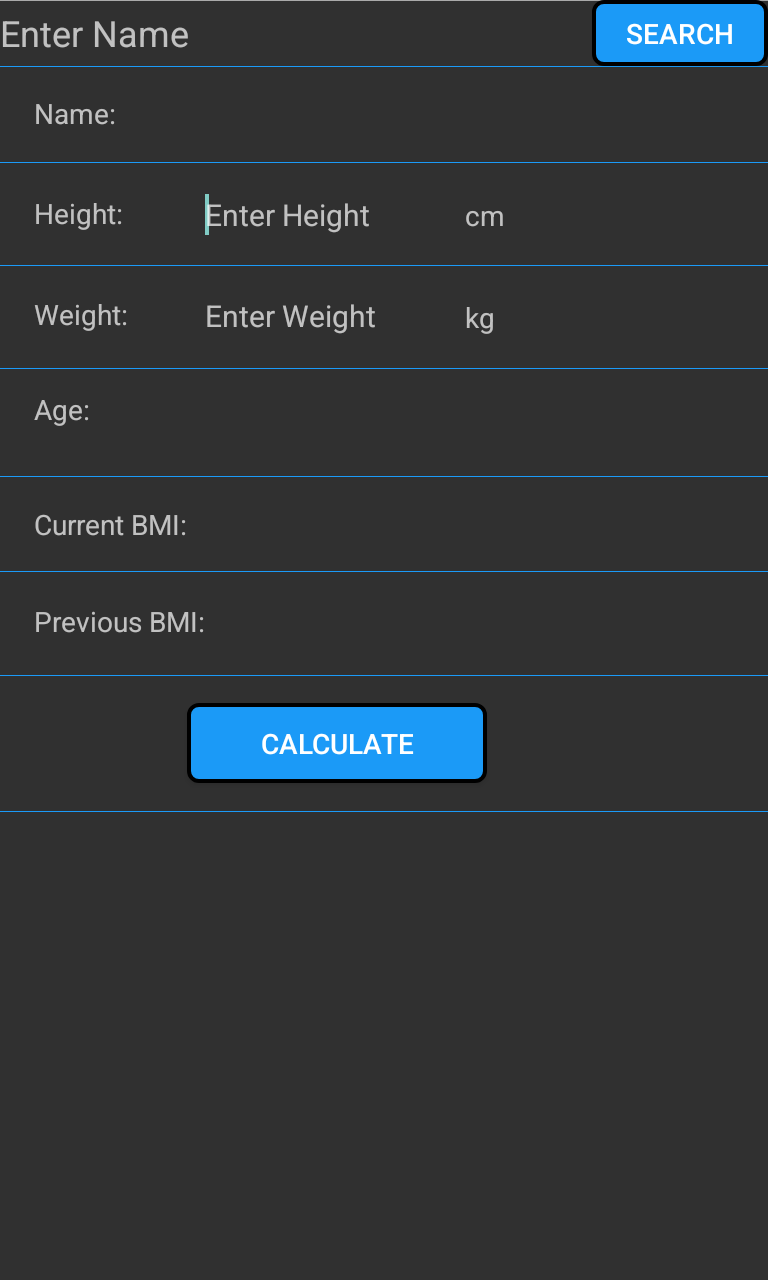
Repository: Team-7/prototype.6
Layout: workspace/Hope World Wide/res/layout/bmi.xml
An editor plug-in stored every save of this project. The layout is shown before and after the next save, followed by the edit.
It is drawn on a 768 x 1280 px phone screen (xhdpi) without system bars, with theme AppTheme; the app's code is not run.

Above is the layout before, as saved 2014-05-31 12:08:12.

### workspace/Hope World Wide/res/layout/bmi.xml
<?xml version="1.0" encoding="utf-8"?>
<RelativeLayout xmlns:android="http://schemas.android.com/apk/res/android"
    xmlns:tools="http://schemas.android.com/tools"
    android:id="@+id/container"
    android:layout_width="match_parent"
    android:layout_height="wrap_content"
    android:focusable="true"
    tools:context="com.example.hwwv2.MainActivity"
    tools:ignore="MergeRootFrame" >

    <AutoCompleteTextView
        android:id="@+id/auto_names"
        android:layout_width="match_parent"
        android:layout_height="33dp"
        android:layout_alignParentLeft="true"
        android:layout_alignParentTop="true"
        android:layout_toLeftOf="@+id/button2"
        android:background="@null"
        android:ems="10"
        android:hint="@string/search"
        android:inputType="text" />

    <View
        android:id="@+id/view1"
        android:layout_width="fill_parent"
        android:layout_height="0.2dp"
        android:layout_alignParentLeft="true"
        android:layout_below="@+id/auto_names"
        android:background="#1B9AF7"
        android:paddingBottom="3dp" />

    <TextView
        android:id="@+id/Name"
        android:layout_width="wrap_content"
        android:layout_height="wrap_content"
        android:layout_alignParentLeft="true"
        android:layout_below="@+id/auto_names"
        android:layout_marginLeft="17dp"
        android:layout_marginTop="14dp"
        android:text="@string/name" />

    <View
        android:id="@+id/View01"
        android:layout_width="fill_parent"
        android:layout_height="0.2dp"
        android:layout_alignParentLeft="true"
        android:layout_below="@+id/Name"
        android:layout_marginTop="15dp"
        android:background="#1B9AF7"
        android:paddingBottom="3dp" />

    <TextView
        android:id="@+id/textView1"
        android:layout_width="wrap_content"
        android:layout_height="wrap_content"
        android:layout_alignLeft="@+id/Name"
        android:layout_below="@+id/Name"
        android:layout_marginTop="31dp"
        android:text="@string/height" />

    <View
        android:id="@+id/View02"
        android:layout_width="fill_parent"
        android:layout_height="0.2dp"
        android:layout_alignParentLeft="true"
        android:layout_below="@+id/heightvalue"
        android:layout_marginTop="15dp"
        android:background="#1B9AF7"
        android:paddingBottom="3dp" />

    <TextView
        android:id="@+id/weight"
        android:layout_width="wrap_content"
        android:layout_height="wrap_content"
        android:layout_alignLeft="@+id/textView1"
        android:layout_below="@+id/heightvalue"
        android:layout_marginTop="30dp"
        android:text="@string/weight" />

    <View
        android:id="@+id/View03"
        android:layout_width="fill_parent"
        android:layout_height="0.2dp"
        android:layout_alignParentLeft="true"
        android:layout_below="@+id/editText2"
        android:layout_marginTop="16dp"
        android:background="#1B9AF7"
        android:paddingBottom="3dp" />

    <View
        android:id="@+id/View05"
        android:layout_width="fill_parent"
        android:layout_height="0.2dp"
        android:layout_alignParentLeft="true"
        android:layout_below="@+id/View05"
        android:background="@android:color/darker_gray"
        android:paddingBottom="3dp" />

    <TextView
        android:id="@+id/textView3"
        android:layout_width="wrap_content"
        android:layout_height="wrap_content"
        android:layout_alignBaseline="@+id/heightvalue"
        android:layout_alignBottom="@+id/heightvalue"
        android:layout_alignRight="@+id/heightvalue"
        android:text="@string/cm" />

    <TextView
        android:id="@+id/textView4"
        android:layout_width="wrap_content"
        android:layout_height="wrap_content"
        android:layout_alignBottom="@+id/editText2"
        android:layout_alignLeft="@+id/textView3"
        android:text="@string/kg" />

    <TextView
        android:id="@+id/age"
        android:layout_width="wrap_content"
        android:layout_height="wrap_content"
        android:layout_alignLeft="@+id/weight"
        android:layout_below="@+id/editText2"
        android:layout_marginTop="27dp"
        android:text="@string/age" />

    <Button
        android:id="@+id/button2"
        android:layout_width="wrap_content"
        android:layout_height="wrap_content"
        android:layout_alignBottom="@+id/auto_names"
        android:layout_alignParentRight="true"
        android:layout_alignParentTop="true"
        android:background="@drawable/calculate"
        android:text="@string/mySearch"
        android:textColor="#ffffff" />

    <TextView
        android:id="@+id/textView5"
        android:layout_width="match_parent"
        android:layout_height="wrap_content"
        android:layout_above="@+id/textView1"
        android:layout_alignLeft="@+id/heightvalue"
        android:textSize="15sp" />

    <EditText
        android:id="@+id/editText2"
        android:layout_width="150dp"
        android:layout_height="wrap_content"
        android:layout_alignTop="@+id/weight"
        android:layout_toRightOf="@+id/bmi"
        android:background="@null"
        android:ems="10"
        android:hint="@string/weightHint"
        android:inputType="numberDecimal"
        android:maxLength="4"
        android:textSize="15sp" />

    <View
        android:id="@+id/View06"
        android:layout_width="fill_parent"
        android:layout_height="0.2dp"
        android:layout_alignParentLeft="true"
        android:layout_below="@+id/textView2"
        android:layout_marginTop="14dp"
        android:background="#1B9AF7"
        android:paddingBottom="3dp" />

    <TextView
        android:id="@+id/textView9"
        android:layout_width="100dp"
        android:layout_height="wrap_content"
        android:layout_alignLeft="@+id/textView6"
        android:layout_alignTop="@+id/textView2"
        android:textSize="15sp" />

    <View
        android:id="@+id/View07"
        android:layout_width="fill_parent"
        android:layout_height="0.2dp"
        android:layout_alignParentLeft="true"
        android:layout_below="@+id/textView7"
        android:layout_marginTop="16dp"
        android:background="#1B9AF7"
        android:paddingBottom="3dp" />

    <Button
        android:id="@+id/button1"
        android:layout_width="150dp"
        android:layout_height="40dp"
        android:layout_below="@+id/textView7"
        android:layout_marginTop="30dp"
        android:layout_toRightOf="@+id/textView2"
        android:background="@drawable/calculate"
        android:text="@string/calculate"
        android:textColor="#ffffff" />

    <View
        android:id="@+id/View08"
        android:layout_width="fill_parent"
        android:layout_height="0.2dp"
        android:layout_alignParentLeft="true"
        android:layout_below="@+id/button1"
        android:layout_marginTop="14dp"
        android:background="#1B9AF7"
        android:paddingBottom="3dp" />

    <TextView
        android:id="@+id/textView10"
        android:layout_width="300dp"
        android:layout_height="wrap_content"
        android:layout_alignLeft="@+id/textView8"
        android:layout_below="@+id/button1"
        android:layout_marginTop="20dp"
        android:gravity="center"
        android:textSize="15sp" />

    <TextView
        android:id="@+id/textView8"
        android:layout_width="300dp"
        android:layout_height="wrap_content"
        android:layout_below="@+id/textView10"
        android:layout_centerHorizontal="true"
        android:gravity="center"
        android:textSize="15sp" />

    <TextView
        android:id="@+id/textView2"
        android:layout_width="wrap_content"
        android:layout_height="wrap_content"
        android:layout_alignLeft="@+id/age"
        android:layout_below="@+id/textView6"
        android:layout_marginTop="37dp"
        android:text="@string/currentBMI" />

    <TextView
        android:id="@+id/bmi"
        android:layout_width="wrap_content"
        android:layout_height="wrap_content"
        android:layout_alignLeft="@+id/textView2"
        android:layout_below="@+id/textView9"
        android:layout_marginTop="28dp"
        android:text="@string/previousBMI" />

    <TextView
        android:id="@+id/textView6"
        android:layout_width="150dp"
        android:layout_height="wrap_content"
        android:layout_alignTop="@+id/age"
        android:layout_toLeftOf="@+id/button2"
        android:textSize="15sp" />

    <View
        android:id="@+id/View19"
        android:layout_width="wrap_content"
        android:layout_height="0.2dp"
        android:layout_above="@+id/textView9"
        android:layout_alignParentLeft="true"
        android:layout_marginBottom="14dp"
        android:background="#1B9AF7"
        android:paddingBottom="3dp" />

    <View
        android:id="@+id/View04"
        android:layout_width="wrap_content"
        android:layout_height="0.2dp"
        android:layout_above="@+id/View04"
        android:layout_alignParentLeft="true"
        android:background="@android:color/darker_gray"
        android:paddingBottom="3dp" />

    <TextView
        android:id="@+id/textView7"
        android:layout_width="150dp"
        android:layout_height="wrap_content"
        android:layout_alignLeft="@+id/textView9"
        android:layout_alignTop="@+id/bmi"
        android:textSize="15sp" />

    <EditText
        android:id="@+id/heightvalue"
        android:layout_width="150dp"
        android:layout_height="wrap_content"
        android:layout_alignLeft="@+id/editText2"
        android:layout_alignTop="@+id/textView1"
        android:background="@null"
        android:ems="10"
        android:hint="@string/heightValue"
        android:inputType="number"
        android:maxLength="3"
        android:textSize="15sp" >

        <requestFocus />
    </EditText>

    <TextView
        android:id="@+id/textView11"
        android:layout_width="wrap_content"
        android:layout_height="wrap_content"
        android:layout_below="@+id/weight"
        android:layout_toLeftOf="@+id/button2"
        android:layout_toRightOf="@+id/bmi"
        android:textAppearance="?android:attr/textAppearanceSmall" />

    <TextView
        android:id="@+id/textView12"
        android:layout_width="wrap_content"
        android:layout_height="wrap_content"
        android:layout_alignBottom="@+id/View02"
        android:layout_alignLeft="@+id/heightvalue"
        android:layout_below="@+id/textView1"
        android:layout_toLeftOf="@+id/button2"
        android:textAppearance="?android:attr/textAppearanceSmall" />

</RelativeLayout>

### workspace/Hope World Wide/res/values/styles.xml
<resources>

    <!--
        Base application theme, dependent on API level. This theme is replaced
        by AppBaseTheme from res/values-vXX/styles.xml on newer devices.
    -->


    <!-- Application theme. -->
    <style name="AppTheme" parent="Theme.AppCompat">
        <!-- All customizations that are NOT specific to a particular API-level can go here. -->
    </style>

    <style name="Text"> </style>
    <style name="Text.Strong">
           <item name="@android:paddingLeft">2dp</item>
           <item name="@android:paddingBottom">2dp</item>
           <item name="@android:textColor">#000000</item>
           <item name="@android:textStyle">bold|italic</item>
     </style>

     <style name="Text.Strong.Blurry">
           <item name="@android:shadowColor">#BBBBBB</item>
           <item name="@android:shadowDx">2</item>
           <item name="@android:shadowDy">2</item>
           <item name="@android:shadowRadius">15</item>
           <item name="@android:textStyle">bold</item>
     </style>

</resources>

### workspace/Hope World Wide/res/values/strings.xml
<?xml version="1.0" encoding="utf-8"?>
<resources>

    <string name="app_name">HopeWorldWide</string>
    <string name="hello_world">Hello world!</string>
    <string name="action_settings">Settings</string>
    <string name="login"> Login</string>
    <string name="menu"> Home</string>
     <string name="myecd"> Search for ECD</string>
    <string name="username"> Username</string>
    <string name="password"> Password</string>

    <string name="name">Name: </string>
    <string name="height">Height: </string>
    <string name="heightValue">Enter Height</string> <!-- height hint -->
    <string name="weight">Weight: </string>
    <string name="weightHint">Enter Weight</string> <!-- weight hint -->
    <string name="mySearch">Search</string>
    <string name="logout">Logout</string>
    <string name="update">Update Child</string>
    <string name="bmiTitle">Child Information</string>
    <string name="save">Save</string>
    <string name="cancel">Cancel</string>


    <string name="age">Age: </string>
    <string name="calculate">Calculate</string>
    <string name="currentBMI">Current BMI: </string>
    <string name="previousBMI">Previous BMI: </string>
     <string name="AutoCompleteTextView"></string>

     <string name="cm">cm</string>
      <string name="kg">kg</string>
       <string name="hopeworldwide">     \t\t Hope \n         World Wide</string>

       <string name="Login">Login</string> <!-- text in the login button -->
       <string name="login2">Login</string><!-- name of the login page  -->
       <string name="bmi">BMI Calculator</string> <!-- name of the page that calculate bmi -->

       <string name="landing">Hope World Wide</string>

       <!-- landing page buttons -->
        <string name="lButton1">BMI Calculator</string>
        <string name="lButton2">Add Child</string>
        <string name="lButton3">Synchronize Data</string>

        <string name="search">Enter Name</string>
        <string name="ecd">Enter ECD Name</string>
        <string name="ecd1">Search for ECD</string>
         <string name="autocompete">Auto complete</string>

         <string name="sync">Synchronize</string>

         <string name="updateC">Update Child</string>
         <string name="calc">BMI Calculator</string>
         <string name="addC">Add child</string>

         <string name="clogo">child logo</string>
         <string name="synclogo">sync logo</string>
         <string name="calclogo">calc logo</string>
         <string name="addlogo">add logo</string>
         <string name="logoutlogo">logout logo</string>
         <string name="updatelogo">update logo</string>


</resources>

### workspace/Hope World Wide/res/drawable/calculate.xml
<?xml version="1.0" encoding="utf-8"?>
<shape xmlns:android="http://schemas.android.com/apk/res/android"
    android:shape="rectangle" >

    <stroke android:width="2dip" >
    </stroke>

    <solid android:color="#1B9AF7" >
    </solid>

    <corners
        android:bottomLeftRadius="5dip"
        android:bottomRightRadius="5dip"
        android:topLeftRadius="5dip"
        android:topRightRadius="5dip" >
    </corners>

</shape>

After the next save:
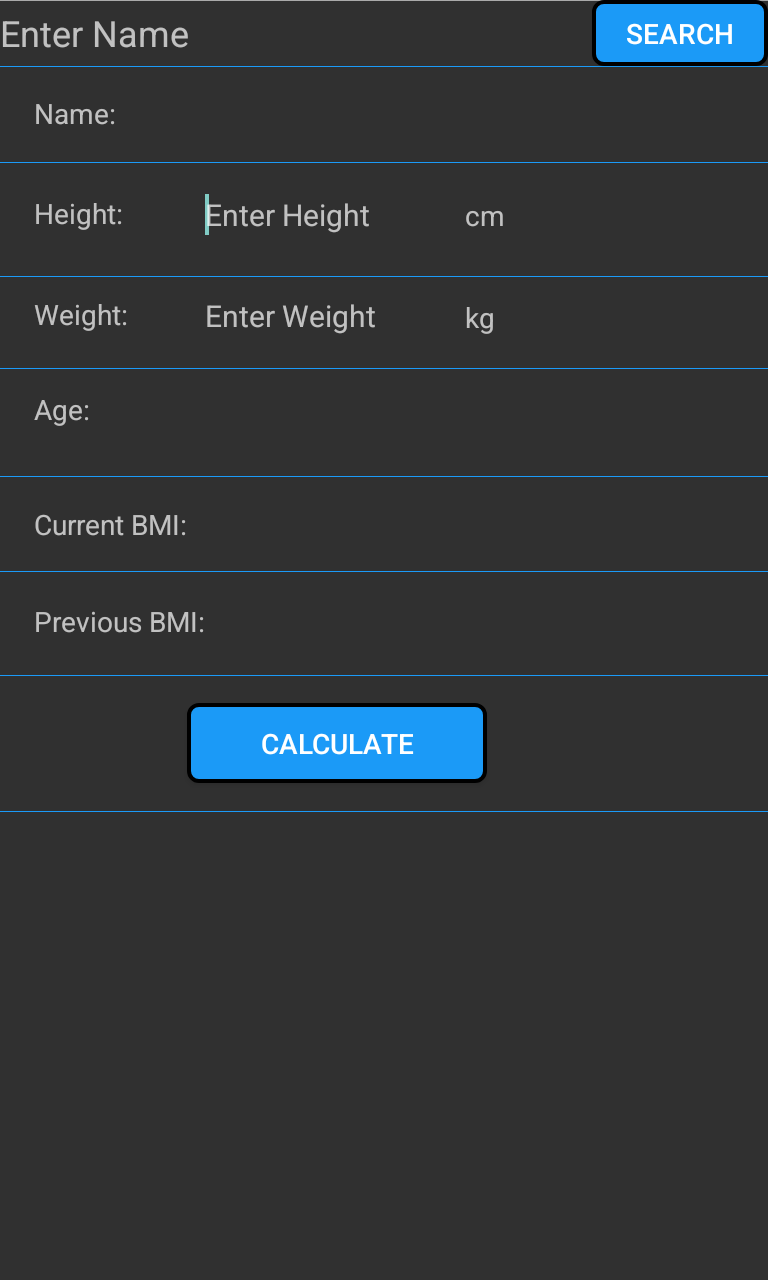
Saved 70 s later.
--- a/workspace/Hope World Wide/res/layout/bmi.xml
+++ b/workspace/Hope World Wide/res/layout/bmi.xml
@@ -58,16 +58,6 @@
         android:layout_marginTop="31dp"
         android:text="@string/height" />
 
-    <View
-        android:id="@+id/View02"
-        android:layout_width="fill_parent"
-        android:layout_height="0.2dp"
-        android:layout_alignParentLeft="true"
-        android:layout_below="@+id/heightvalue"
-        android:layout_marginTop="15dp"
-        android:background="#1B9AF7"
-        android:paddingBottom="3dp" />
-
     <TextView
         android:id="@+id/weight"
         android:layout_width="wrap_content"
@@ -304,10 +294,19 @@
         android:id="@+id/textView12"
         android:layout_width="wrap_content"
         android:layout_height="wrap_content"
-        android:layout_alignBottom="@+id/View02"
         android:layout_alignLeft="@+id/heightvalue"
         android:layout_below="@+id/textView1"
         android:layout_toLeftOf="@+id/button2"
-        android:textAppearance="?android:attr/textAppearanceSmall" />
+        android:textAppearance="?android:attr/textAppearanceSmall"
+        android:paddingBottom="3dp" />
+
+    <View
+        android:id="@+id/View02"
+        android:layout_width="fill_parent"
+        android:layout_height="0.2dp"
+        android:layout_alignParentLeft="true"
+        android:layout_below="@+id/textView12"
+        android:background="#1B9AF7"
+        android:paddingBottom="3dp" />
 
 </RelativeLayout>
